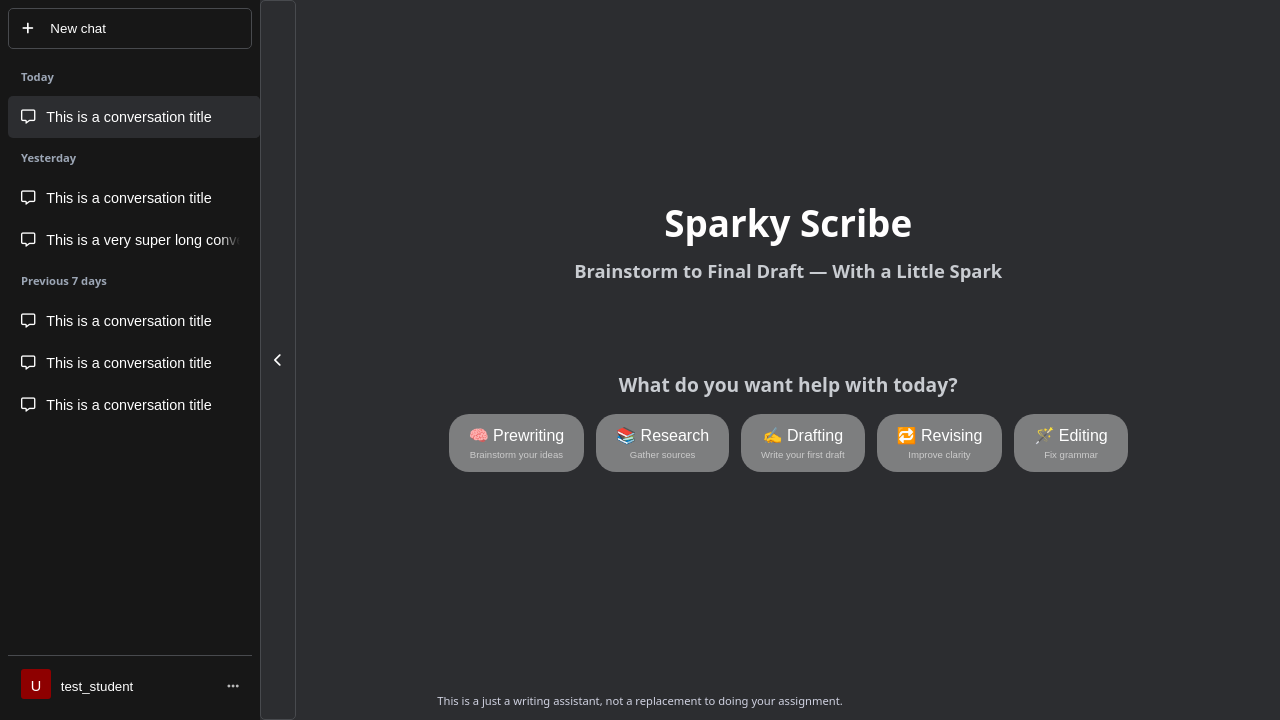
Repository: nysajain/asu-ai-writing-assistant
Page: frontend/index.html
The author's editor kept a copy of each file at every save. The page is drawn from the files as they stood at one save, then again after the next save.
The browser window is 1280 px wide. The pictures show the whole page.

Above is the page before, as saved 2025-04-21 15:50:43.
Console error: SyntaxError: Invalid or unexpected token

### frontend/index.html
<!DOCTYPE html>
<html lang="en">

<head>
    <meta charset="UTF-8" />
    <meta http-equiv="X-UA-Compatible" content="IE=edge" />
    <meta name="viewport" content="width=device-width, initial-scale=1.0" />
    <link rel="stylesheet" href="style.css" />
    <link rel="stylesheet" href="https://cdnjs.cloudflare.com/ajax/libs/font-awesome/6.4.2/css/all.min.css"
        integrity="sha512-z3gLpd7yknf1YoNbCzqRKc4qyor8gaKU1qmn+CShxbuBusANI9QpRohGBreCFkKxLhei6S9CQXFEbbKuqLg0DA=="
        crossorigin="anonymous" referrerpolicy="no-referrer" />
    <title>Sparky Scribe</title>
    <link rel="icon" type="image/png" href="favicon.png">
</head>

<body>
    <nav id="sidebar">
        <div class="float-top">
            <div class="sidebar-controls">
                <button class="new-chat"><i class="fa fa-plus"></i> New chat</button>
            </div>
            <ul class="conversations">
                <li class="grouping">Today</li>
                <li class="active">
                    <button class="conversation-button"><i class="fa fa-message fa-regular"></i> This is a conversation
                        title</button>
                    <div class="fade"></div>
                    <div class="edit-buttons">
                        <button><i class="fa fa-edit"></i></button>
                        <button><i class="fa fa-trash"></i></button>
                    </div>
                </li>
                <li class="grouping">Yesterday</li>
                <li>
                    <button class="conversation-button"><i class="fa fa-message fa-regular"></i> This is a conversation
                        title</button>
                    <div class="fade"></div>
                    <div class="edit-buttons">
                        <button><i class="fa fa-edit"></i></button>
                        <button><i class="fa fa-trash"></i></button>
                    </div>
                </li>
                <li>
                    <button class="conversation-button"><i class="fa fa-message fa-regular"></i> This is a very super
                        long conversation title that doesn't fit</button>
                    <div class="fade"></div>
                    <div class="edit-buttons">
                        <button><i class="fa fa-edit"></i></button>
                        <button><i class="fa fa-trash"></i></button>
                    </div>
                </li>
                <li class="grouping">Previous 7 days</li>
                <li>
                    <button class="conversation-button"><i class="fa fa-message fa-regular"></i> This is a conversation
                        title</button>
                    <div class="fade"></div>
                    <div class="edit-buttons">
                        <button><i class="fa fa-edit"></i></button>
                        <button><i class="fa fa-trash"></i></button>
                    </div>
                </li>
                <li>
                    <button class="conversation-button"><i class="fa fa-message fa-regular"></i> This is a conversation
                        title</button>
                    <div class="fade"></div>
                    <div class="edit-buttons">
                        <button><i class="fa fa-edit"></i></button>
                        <button><i class="fa fa-trash"></i></button>
                    </div>
                </li>
                <li>
                    <button class="conversation-button"><i class="fa fa-message fa-regular"></i> This is a conversation
                        title</button>
                    <div class="fade"></div>
                    <div class="edit-buttons">
                        <button><i class="fa fa-edit"></i></button>
                        <button><i class="fa fa-trash"></i></button>
                    </div>
                </li>
            </ul>
        </div>
        <div class="user-menu">
            <button>
                <i class="user-icon">u</i>
                test_student
                <i class="fa fa-ellipsis dots"></i>
            </button>
            <ul>
                <li><button>Settings</button></li>
                <li><button>Log out</button></li>
            </ul>
        </div>
    </nav>

    <button class="hide-sidebar" title="Toggle Sidebar"><i class="fa fa-chevron-left"></i></button>

    <main>
        <div class="view new-chat-view">
            <div class="logo">Sparky Scribe
            <p>Brainstorm to Final Draft — With a Little Spark</p>
            </div>
            <div class="step-selection">
                <p>What do you want help with today?</p>
                <div class="step-buttons">
                    <button class="step-button" data-step="prewriting">
                        🧠 Prewriting
                        <span class="desc">Brainstorm your ideas</span>
                    </button>
                    <button class="step-button" data-step="research">
                        📚 Research
                        <span class="desc">Gather sources</span>
                    </button>
                    <button class="step-button" data-step="drafting">
                        ✍️ Drafting
                        <span class="desc">Write your first draft</span>
                    </button>
                    <button class="step-button" data-step="revising">
                        🔁 Revising
                        <span class="desc">Improve clarity</span>
                    </button>
                    <button class="step-button" data-step="editing">
                        🪄 Editing
                        <span class="desc">Fix grammar</span>
                    </button>
                </div>
            </div>
        </div>

        <div class="view conversation-view" id="prewriting-view" data-step="prewriting">
            <button class="home-icon-button" title="Back to Home"><i class="fa fa-home"></i></button>
            <div class="model-name"><i class="fa fa-pencil"></i> Prewriting</div>
            <div class="messages" id="prewriting-messages"></div>
            <div class="message-form">
                <div class="message-wrapper">
                    <textarea id="message-prewriting" class="message-input" rows="1"
                        placeholder="Send a message"></textarea>
                    <button id="send-prewriting" class="send-button"><i class="fa fa-paper-plane"></i></button>
                </div>
            </div>
        </div>

        <div class="view conversation-view" id="research-view" data-step="research">
            <button class="home-icon-button" title="Back to Home"><i class="fa fa-home"></i></button>
            <div class="model-name"><i class="fa fa-book"></i> Research</div>
            <div class="messages" id="research-messages"></div>
            <div class="message-form">
                <div class="message-wrapper">
                    <textarea id="message-research" class="message-input" rows="1"
                        placeholder="Send a message"></textarea>
                    <button id="send-research" class="send-button"><i class="fa fa-paper-plane"></i></button>
                </div>
            </div>
        </div>

        <div class="view conversation-view" id="drafting-view" data-step="drafting">
            <button class="home-icon-button" title="Back to Home">
                <i class="fa fa-home"></i>
            </button>
            <div class="model-name"><i class="fa fa-keyboard"></i> Drafting</div>
            <div class="messages" id="drafting-messages"></div>
            <div class="message-form">
                <div class="message-wrapper">
                    <textarea id="message-drafting" class="message-input" rows="1"
                        placeholder="Send a message"></textarea>
                    <button id="send-drafting" class="send-button"><i class="fa fa-paper-plane"></i></button>
                </div>
            </div>
        </div>


        <div class="view conversation-view" id="revising-view" data-step="revising">
            <button class="home-icon-button" title="Back to Home"><i class="fa fa-home"></i></button>
            <div class="model-name"><i class="fa fa-sync"></i> Revising</div>
            <div class="messages" id="revising-messages"></div>
            <div class="message-form">
                <div class="message-wrapper">
                    <textarea id="message-revising" class="message-input" rows="1"
                        placeholder="Send a message"></textarea>
                    <button id="send-revising" class="send-button"><i class="fa fa-paper-plane"></i></button>
                </div>
            </div>
        </div>

        <div class="view conversation-view" id="editing-view" data-step="editing">
            <button class="home-icon-button" title="Back to Home"><i class="fa fa-home"></i></button>
            <div class="model-name"><i class="fa fa-spell-check"></i> Editing</div>
            <div class="messages" id="editing-messages"></div>
            <div class="message-form">
                <div class="message-wrapper">
                    <textarea id="message-editing" class="message-input" rows="1"
                        placeholder="Send a message"></textarea>
                    <button id="send-editing" class="send-button"><i class="fa fa-paper-plane"></i></button>
                </div>
            </div>
        </div>
        <div class="disclaimer">
            This is a just a writing assistant, not a replacement to doing your assignment.
        </div>
    </main>

    <script src="script.js"></script>
</body>

</html>

### frontend/style.css
html,
body {
    width: 100%;
    height: 100%;
    margin: 0;
    padding: 0;
}

:root {
    --color-white: #fff;
    --color-main: #2c2d30;
    --color-main-fade: #2c2d3000;
    --color-secondary: #171717;
    --color-secondary-fade: #17171700;
    --color-button-hover: #242629;
    --color-button-hover-fade: #24262900;
    --color-user-icon: #8e0000;
    --color-groupings: #9ca6b5;
    --color-gpt-icon: #000000;
    --color-black: #1e1e1f;
    --color-user-menu-hover: #383b42;
    --color-text: #f5f9ff;
    --color-gpt3: #5fc319;
    --color-gpt4: #f22626;
    --color-secondary-p: #c9ccd1;
    --color-logo: #fffefe;
    --color-model-name: #ffffff;
    --color-assistant-bg: #3f4042;
    --color-assistant-text: #e1e6ed;
    --color-disclaimer: #d0d2e1;
    --color-border1: #484a4e;
    --color-user-menu-border: #34373a;
    --color-user-menu-selected-border: #4a5562;
    --color-border2: #292d32;
    --color-user-message-border: #2f353d;
}

body {
    background: var(--color-main);
    display: flex;
    font-size: 1em;
    font-family: system-ui, sans-serif;
}

#sidebar {
    position: relative;
    left: 0;
    background: var(--color-secondary);
    width: 260px;
    padding: 8px;
    box-sizing: border-box;
    display: flex;
    justify-content: space-between;
    flex-direction: column;
    transition: all 0.2s ease-in-out;
}

.float-top {
    display: flex;
    flex-direction: column;
    height: calc(100% - 50px);
}

#sidebar.hidden {
    left: -260px;
    margin-right: -260px;
}

#sidebar.hidden .hide-sidebar {
    left: 60px;
    transform: rotate(180deg);
    padding: 15px 13px 11px 13px;
}

button {
    display: block;
    background: inherit;
    border: 1px solid var(--color-border1);
    border-radius: 5px;
    color: var(--color-white);
    padding: 13px;
    box-sizing: border-box;
    text-align: left;
    cursor: pointer;
}

button:hover {
    background: var(--color-button-hover);
}

.sidebar-controls {
    display: flex;
    gap: 10px;
    margin-bottom: 8px;
}

.sidebar-controls button {
    padding: 12px 13px 12px 13px;
    color: white
}

.hide-sidebar {
    position: relative;
    left: 0;
    top: 0;
    transition: all 0.2s ease-in-out;
    transform: rotate(0deg);
}

.new-chat i {
    margin-right: 13px;
}

.new-chat {
    flex: 1;
}

.conversations {
    width: calc(100% + 8px);
    overflow-y: scroll;
}

.conversations,
.conversations li {
    list-style: none;
    list-style-type: none;
    margin: 0;
    padding: 0;
}

.conversations li {
    position: relative;
}

.conversations li .fa {
    margin-right: 7px;
}

.conversations li>button {
    width: 100%;
    border: none;
    font-size: 0.9em;
    white-space: nowrap;
    overflow: hidden;
}

.conversations li.active>button {
    background: var(--color-main);
}

.edit-buttons {
    display: none;
    position: absolute;
    right: 8px;
    top: 0;
}

.conversations li:hover .edit-buttons {
    display: flex;
}

.fade {
    position: absolute;
    right: 0;
    top: 0;
    background: var(--color-user-icon);
    width: 40px;
    height: 100%;
    border-radius: 5px;
    background: transparent;
    background: linear-gradient(90deg, var(--color-secondary-fade) 0%, var(--color-secondary) 50%);
}

.conversations li.active .fade {
    background: linear-gradient(90deg, var(--color-main-fade) 0%, var(--color-main) 50%);
}

.conversations li:hover .fade {
    width: 80px;
    background: linear-gradient(90deg, var(--color-button-hover-fade) 0%, var(--color-button-hover) 30%);
}

.edit-buttons button {
    border: none;
    padding: 0;
    margin: 13px 1px 13px 1px;
    opacity: 0.7;
}

.edit-buttons button:hover {
    background: none;
    opacity: 1;
}

.conversations li.grouping {
    color: var(--color-groupings);
    font-size: 0.7em;
    font-weight: bold;
    padding-left: 13px;
    margin-top: 12px;
    margin-bottom: 12px;
}

i.user-icon {
    padding: 6px;
    color: var(--color-white);
    background: var(--color-user-icon);
    display: inline-block;
    text-align: center;
    width: 15px;
    border-radius: 3px;
    margin-right: 6px;
    font-style: normal;
    width: 18px;
    height: 18px;
    font-size: 15px;
    text-transform: uppercase;
    font-family: system-ui, sans-serif;
}

.gpt.user-icon {
    background: var(--color-gpt-icon);
}

.user-menu {
    position: relative;
    border-top: 1px solid var(--color-border1);
}

.user-menu button {
    width: 100%;
    border: none;
}

.user-menu .dots {
    position: relative;
    top: 11px;
    float: right;
    opacity: 0.7;
}

.user-menu>ul,
.user-menu li {
    list-style: none;
    list-style-type: none;
    padding: 0;
    margin: 0;
}

.user-menu>ul {
    display: none;
    position: absolute;
    top: 0;
    left: 0;
    opacity: 0;
    transform: translateY(-100%);
    background: var(--color-black);
    border-radius: 10px;
    width: 100%;
    transition: all 0.2s ease-in-out;
}

.user-menu>ul.show-animate {
    display: block;
}

.user-menu>ul.show {
    opacity: 1;
    margin-top: -8px;
}

.user-menu li button {
    border-radius: 0;
}

.user-menu li button:hover {
    background: var(--color-user-menu-hover);
}

.user-menu li:first-child button {
    border-top-left-radius: 5px;
    border-top-right-radius: 5px;
}

.user-menu li:last-child button {
    border-top: 1px solid var(--color-user-menu-border);
    border-bottom-left-radius: 5px;
    border-bottom-right-radius: 5px;
}

::-webkit-scrollbar {
    width: 9px;
}

::-webkit-scrollbar-track {
    background-color: transparent;
}

::-webkit-scrollbar-thumb {
    background-color: transparent;
}

:hover::-webkit-scrollbar-thumb {
    background-color: var(--color-text)c3;
    border-radius: 5px;
}

::-webkit-scrollbar-thumb:hover {
    background-color: var(--color-text);
    border-radius: 5px;
}

main {
    width: 100%;
    margin: 0 auto;
    display: flex;
    flex-direction: column;
    align-content: center;
    justify-content: space-between;
    padding: 0 0 30px 0;
    box-sizing: border-box;
    position: relative;
}

main .view {
    display: flex;
    flex-direction: column;
}

.logo {
    position: relative;
    z-index: 1;
    color: var(--color-logo);
    font-weight: bold;
    text-align: center;
    font-size: 2.3em;
}

.logo p {
    font-size: 0.5em;
    margin-top: 10px;
    color: var(--color-secondary-p);
}

.view.new-chat-view {
    display: flex;
    flex-direction: column;
    justify-content: center;
    align-items: center;
    height: 100vh;
}

.step-selection {
    color: var(--color-logo);
    font-weight: bold;
    text-align: center;
    font-size: 2.3em;
    padding: 20px;
}

.view.conversation-view {
    display: none;
    flex-direction: column;
    height: 100vh;
    position: relative;
    padding-bottom: 100px;
}

.model-name {
    background: var(--color-main);
    text-align: center;
    color: var(--color-model-name);
    padding: 23px;
    border-bottom: 1px solid var(--color-border2);
    font-size: 0.85em;
}

.message {
    display: flex;
    gap: 20px;
    padding: 25px 60px 15px 60px;
    border-bottom: 1px solid var(--color-border2);
    font-size: 0.95em;
}

.messages {
    padding-bottom: 120px;
}

.message .content {
    padding-top: 5px;
}

.user.message {
    color: var(--color-text);
}

.assistant.message {
    background: var(--color-assistant-bg);
    color: var(--color-assistant-text);
}


.message-form {
    position: fixed;
    bottom: 40px;
    left: 0;
    right: 0;
    width: 100%;
    display: flex;
    justify-content: center;
    z-index: 100;
    background: transparent;
    padding: 0 20px;
}

.message-wrapper {
    width: 100%;
    max-width: 850px;
    background: var(--color-user-menu-hover);
    border-radius: 25px;
    display: flex;
    align-items: center;
    padding: 10px 20px;
    border: 1px solid var(--color-user-message-border);
    box-shadow: rgba(0, 0, 0, 0.3) 0 0 10px;
}

textarea.message-input {
    background: var(--color-user-menu-hover);
    border-radius: 13px;
    width: 100%;
    box-sizing: border-box;
    border: 1px solid var(--color-user-message-border);
    resize: none;
    padding: 17px 85px 17px 15px;
    font-family: inherit;
    font-size: 1em;
    color: var(--color-white);
    box-shadow: rgba(0, 0, 0, 0.2) 0 0 45px;
    outline: none;
}

textarea.message-input::placeholder {
    color: var(--color-groupings);
}

.send-button {
    background: #4caf50;
    border: none;
    color: white;
    padding: 10px;
    border-radius: 50%;
    margin-left: 12px;
    cursor: pointer;
    font-size: 1.2em;
    flex-shrink: 0;
    display: flex;
    align-items: center;
    justify-content: center;
    min-width: 40px;
    min-height: 40px;
}

.send-button:hover {
    background: #45a049;
}

.disclaimer {
    position: fixed;
    bottom: 0;
    left: 0;
    right: 0;
    margin-top: 12px;
    margin-bottom: 12px;
    color: var(--color-disclaimer);
    font-size: 0.7em;
    text-align: center;
}

p {
    margin: 0 0 1.5em 0;
}

.step-selection {
    text-align: center;
    margin-top: 40px;
}

.step-selection p {
    font-size: 1.2rem;
    margin-bottom: 16px;
    color: var(--color-secondary-p);
}

.step-buttons {
    display: flex;
    flex-wrap: wrap;
    justify-content: center;
    gap: 12px;
}

.step-button {
    padding: 12px 20px;
    font-size: 1rem;
    border: none;
    background-color: #f0f0f069;
    border-radius: 20px;
    cursor: pointer;
    transition: all 0.2s;
    display: flex;
    flex-direction: column;
    align-items: center;
    text-align: center;
}

.step-button .desc {
    font-size: 0.6rem;
    color: #ccc;
    margin-top: 4px;
    font-weight: normal;
}


.step-button:hover {
    background-color: #ddddddb5;
}

.home-icon-button {
    position: absolute;
    top: 16px;
    right: 16px;
    background: none;
    border: none;
    font-size: 1.2rem;
    cursor: pointer;
    color: #555;
    z-index: 10;
}

.home-icon-button:hover {
    color: #cfc9c9c2;
}

.assistant.message .content p {
    margin-bottom: 0.5em;
    line-height: 1.5;
}

.assistant.message .content strong {
    color: #ffecb3;
    font-weight: 600;
}

### frontend/script.js
const sidebar = document.querySelector("#sidebar");
const hide_sidebar = document.querySelector(".hide-sidebar");
const new_chat_button = document.querySelector(".new-chat");

hide_sidebar.addEventListener("click", () => {
    sidebar.classList.toggle("hidden");
});


const user_menu = document.querySelector(".user-menu ul");
const show_user_menu = document.querySelector(".user-menu button");

show_user_menu.addEventListener("click", () => {
    if (user_menu.classList.contains("show")) {
        user_menu.classList.toggle("show");
        setTimeout(() => {
            user_menu.classList.toggle("show-animate");
        }, 200);
    } else {
        user_menu.classList.toggle("show-animate");
        setTimeout(() => {
            user_menu.classList.toggle("show");
        }, 50);
    }
});

function show_view(view_selector) {
    document.querySelectorAll(".view").forEach(view => {
        view.style.display = "none";
    });

    const view = document.querySelector(view_selector);
    if (view) view.style.display = "flex";
}

function showStepView(step) {
    document.querySelectorAll(".view.conversation-view").forEach(view => {
        view.style.display = "none";
    });

    show_view(".hide-all");

    const selectedView = document.querySelector(`#${step}-view`);
    if (selectedView) selectedView.style.display = "flex";
}

new_chat_button.addEventListener("click", () => {
    show_view(".new-chat-view");
});

document.querySelectorAll(".conversation-button").forEach(button => {
    button.addEventListener("click", () => {
        show_view(".conversation-view");
    });
});

let currentStep = null;

document.querySelectorAll(".tab").forEach(tab => {
    tab.addEventListener("click", () => {
        document.querySelectorAll(".tab").forEach(t => t.classList.remove("active"));
        tab.classList.add("active");

        currentStep = tab.dataset.step;
        showStepView(currentStep);
    });
});

document.querySelectorAll(".step-button").forEach(button => {
    button.addEventListener("click", () => {
        const step = button.dataset.step;
        currentStep = step;

        document.querySelectorAll(".tab").forEach(t => {
            t.classList.toggle("active", t.dataset.step === step);
        });

        showStepView(step);
    });
});

document.querySelectorAll(".home-icon-button").forEach(button => {
    button.addEventListener("click", () => {
        currentStep = null;
        document.querySelectorAll(".view.conversation-view").forEach(view => {
            view.style.display = "none";
        });
        document.querySelectorAll(".tab").forEach(t => t.classList.remove("active"));
        show_view(".new-chat-view");
    });
});



const steps = ["prewriting", "research", "drafting", "revising", "editing"];
const API_BASE_URL = "https:

function formatResponse(text) {
    return text
        .replace(/\*\*(.*?)\*\*/g, "<strong>$1</strong>")
        .split("\n")
        .map(line => `<p>${line.trim()}</p>`)
        .join("");
}

steps.forEach(step => {
    const textarea = document.getElementById(`message-${step}`);
    const sendBtn = document.getElementById(`send-${step}`);
    const messagesContainer = document.getElementById(`${step}-messages`);

    if (!textarea || !sendBtn || !messagesContainer) return;


    textarea.addEventListener("input", () => {
        textarea.style.height = "auto";
        textarea.style.height = Math.min(textarea.scrollHeight + 2, 200) + "px";
    });


    sendBtn.addEventListener("click", async () => {
        const userMessage = textarea.value.trim();
        if (!userMessage) return;


        const userDiv = document.createElement("div");
        userDiv.className = "user message";
        userDiv.innerHTML = `
            <div class="identity"><i class="user-icon">u</i></div>
            <div class="content"><p>${userMessage}</p></div>
        `;
        messagesContainer.appendChild(userDiv);


        textarea.value = "";
        textarea.style.height = "auto";

        try {
            const res = await fetch(`${API_BASE_URL}/${step}/chat`, {
                method: "POST",
                headers: { "Content-Type": "application/json" },
                body: JSON.stringify({ message: userMessage }),
            });

            const data = await res.json();

            const botDiv = document.createElement("div");
            botDiv.className = "assistant message";
            botDiv.innerHTML = `
                <div class="identity"><i class="gpt user-icon">G</i></div>
                <div class="content">${formatResponse(data.response)}</div>
            `;
            messagesContainer.appendChild(botDiv);
            setTimeout(() => {
                messagesContainer.scrollTop = messagesContainer.scrollHeight;
            }, 50);
        } catch (err) {
            const errorDiv = document.createElement("div");
            errorDiv.className = "assistant message";
            errorDiv.innerHTML = `
                <div class="identity"><i class="gpt user-icon">G</i></div>
                <div class="content"><p><b>Error:</b> Could not reach the server.</p></div>
            `;
            messagesContainer.appendChild(errorDiv);
        }
    });
});

After the next save:
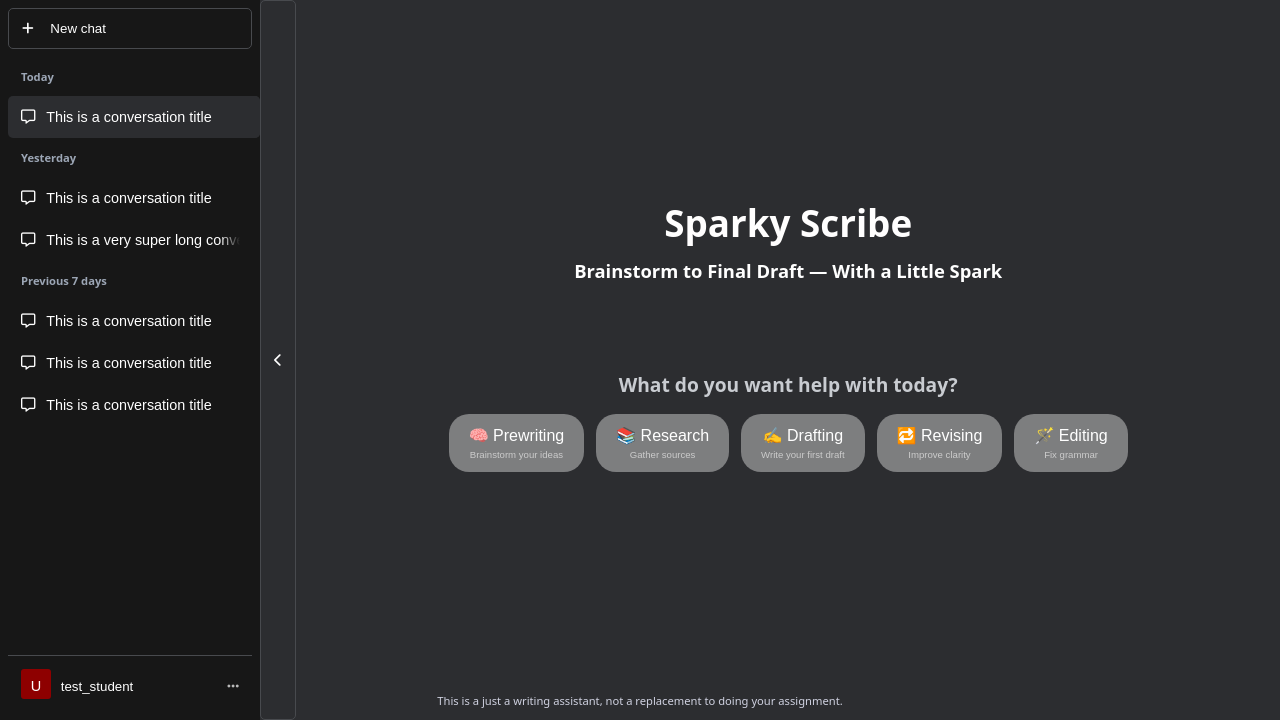
Saved 24 s later.
--- a/frontend/style.css
+++ b/frontend/style.css
@@ -339,7 +339,7 @@
 .logo p {
     font-size: 0.5em;
     margin-top: 10px;
-    color: var(--color-secondary-p);
+    color: var(--color-white);
 }
 
 .view.new-chat-view {
